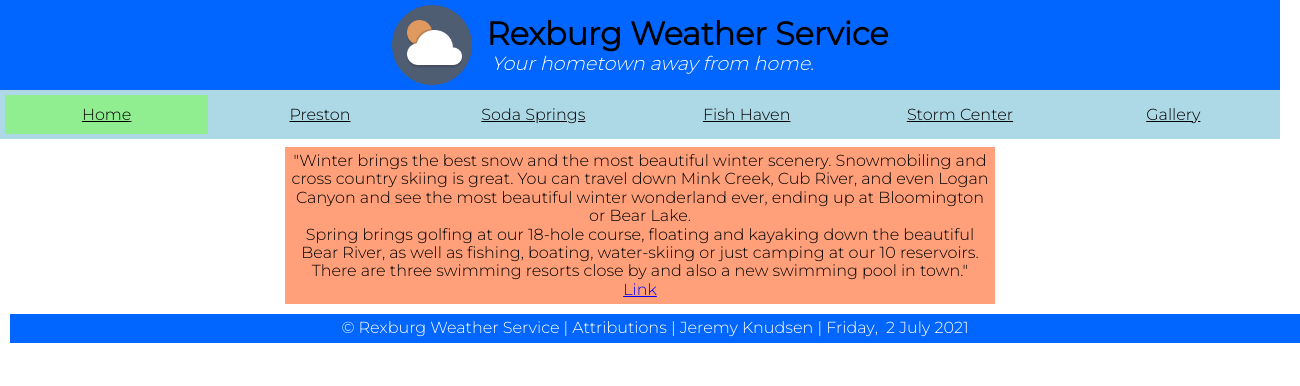
Repository: jknudsen97/jknudsen97.github.io
Page: lesson11/index.html
These files come from the project's save history. The page is drawn as it stood at one moment and after the next save; the edit follows.
The browser window is 1280 px wide. The page is 1300 px wide, so the pictures cover 1300 px, including what lies to the right of the window. The pictures show the whole page.
The page's requests for data from a server got no answer.

Above is the page before, as saved 2021-07-03 22:43:30.
Console error: TypeError: Cannot read properties of null (reading 'style')

### lesson11/index.html
<!DOCTYPE html>
<html lang="en">
<head>
    <meta charset="UTF-8">
    <meta http-equiv="X-UA-Compatible" content="IE=edge">
    <meta name="viewport" content="width=device-width, initial-scale=1.0">
    <title>Home Page</title>
    <meta name="description" content="This will be storm center page"/>
    <link rel="preconnect" href="https://fonts.gstatic.com">
    <link href="https://fonts.googleapis.com/css2?family=Montserrat:wght@100;300&display=swap" rel="stylesheet">
    <link rel="preconnect" href="https://fonts.gstatic.com">
    <link href="https://fonts.googleapis.com/css2?family=Nunito:wght@300&display=swap" rel="stylesheet">
    <link rel="stylesheet" href="https://cdnjs.cloudflare.com/ajax/libs/normalize/8.0.1/normalize.min.css">
    <link rel="stylesheet" href="css/main.css"/>
    <link rel="stylesheet" href="css/medium.css"/>
    <link rel="stylesheet" href="css/large.css"/>
</head>
<body>
    <header>
            <img src="images/logo.png" alt="Preston logo" href="index.html">
        <section class="headings">
            <h1>Rexburg Weather Service</h1>
            <div class="motto">Your hometown away from home.</div>
        </section>
    </header>

    <div class="nav">
        <div class="hamburger">
            <span class="bar"></span>
            <span class="bar"></span>
            <span class="bar"></span>
        </div>
        <ul class="menu">
            <li><a href="index.html" class="current">Home</a></li>
            <li><a href="preston.html" class="link">Preston</a></li>
            <li><a href="sodasprings.html" class="link">Soda Springs</a></li>
            <li><a href="fishhaven.html" class="link">Fish Haven</a></li>
            <li><a href="stormcenter.html" class="link">Storm Center</a></li>
            <li><a href="gallery.html" class="link">Gallery</a></li>
        </ul>
    </div>
    <main>
        <div id="places">

        </div>
        <div class="extra">
            <div>
                "Winter brings the best snow and the most beautiful winter scenery.
                Snowmobiling and cross country skiing is great.
                You can travel down Mink Creek, Cub River,
                and even Logan Canyon and see the most beautiful winter wonderland ever,
                ending up at Bloomington or Bear Lake.
            </div>
            <div>
                Spring brings golfing at our 18-hole course,
                floating and kayaking down the beautiful Bear River,
                as well as fishing,
                boating, water-skiing or just camping at our 10 reservoirs.
                There are three swimming resorts close by and also a new
                swimming pool in town."
            </div>
            <a href="https://www.prestonidaho.net/discover-the-natural-beauty-resorces-of-citys-outdoors/">Link</a>
        </div>
    </main>
    <footer>
        <div>&copy; Rexburg Weather Service | Attributions | Jeremy Knudsen |&nbsp;</div>
        <div class="current2">
            <span id="currentDayofWeek"></span>, &nbsp;
            <span id="currentDay"></span> &nbsp; <span id="currentMonth"></span> &nbsp;
            <span id="currentYear"></span>
        </div>
    </footer>
    <script defer src="js/script.js"></script>
</body>
</html>

### lesson11/css/main.css
/*Heading & Navbar*/
header {
    background-color: #0066ff;
    padding: 5px;
    display: flex;
    align-items: center;
    justify-content: center;
}

header img{
    width: 50px;
    height: auto;
}

body{
    font-family: 'Montserrat', sans-serif;
}

main{
    text-align: center;
}

p{
    justify-content: center;
    background-color: beige;
    padding: 25px;
    margin: 20px;
}

.headings {
    display: flex;
    flex-direction: column;
}

.headings h1{
    font-size: 2em;
    margin: 0 0 0 15px;
}

.motto{
    font-style: italic;
    color: white;
    margin-left: 20px;
    font-size: 1.2rem;
}

.nav{
    overflow: hidden;
    background-color: lightblue;
    position: relative;
}

.menu{
    overflow: hidden;
    display: none;
}

.menu li{
    list-style: none;
    text-decoration: none;
    flex: 1;
    text-align: center;
    justify-content: center;
    box-sizing: border-box;
    line-height: 1.5rem;
}

.menu a{
    color: black;
    justify-content: space-between;
    text-align: center;
    list-style-type: none;
    flex-direction: row;
    align-items: center;
    display: block;
}

.active{
    display: block;
    padding: 0px;
}

a.link, a.current{
    padding: 7.5px;
}

.nav a.icon{
    background: black;
    display: block;
    position: absolute;
    right: 0;
    top: 0;
}

.hamburger{
    display: none;
}

.bar{
    display: block;
    width: 25px;
    height: 3px;
    margin: 5px auto;
    -webkit-transition: all 0.3s ease-in-out;
    transition: all 0.3s ease-in-out;
    background-color: black;
}

footer {
    margin: 10px;
    color: white;
    background-color: #0066ff;
    padding: 5px;
    display: flex;
    align-items: center;
    justify-content: center;
    flex-direction: column;
}

.hamburger{
    display: block;
    cursor: pointer;
}

.hamburger.active .bar:nth-child(2) {
    opacity: 0;
}

.hamburger.active .bar:nth-child(1) {
    transform: translateY(8px) rotate(45deg);
}

.hamburger.active .bar:nth-child(3) {
    transform: translateY(-8px) rotate(-45deg);
}

.header img{
    width: 120px;
    height: auto;
}

/*Lesson05*/

.stock1{
    display: block;
    align-items: center;
    margin-left: auto;
    margin-right: auto;
    max-width: 95%;
    height: auto;
    position: relative;
}

.stock2{
    box-shadow: 10px 10px lightgray;
    margin: 10px;
    float: right;
    width: 100px;
    height: 100px;
}

.fillertext{
    padding: 15px;
    margin: 10px;
    text-align: justify;
}

.background{
    justify-content: center;
    display: block;
    background-color: bisque;
    padding: 10px;
    margin: 10px;
}

.weather{
    display: none;
}

.contact-info{
    margin: 5px;
    padding: 5px;
    display: flex;
    flex-direction: column;
}

.map{
    display: none;
}

ul{
    padding: 0;
    margin: 0;
    list-style-type: none;
}

li{
    margin: 5px;
}

div.summary{
    top: 240px;
    right: 50px;
    background: radial-gradient(#eee, red);
    border: 1px solid #000;
    padding: 0.15rem;
    box-shadow: 0 0 30px #333;
    opacity: .9;
    margin: 5px;
}

.s-color{
    color: white;
}

.banner{
    text-align: center;
    background-color: lightsalmon;
    margin-left: auto;
    margin-right: auto;
}

td{
    padding-right: 20px;
    padding-left: 20px;
}

tr{
    padding: 5px;
    clear: both;
    overflow: hidden;
    white-space: nowrap;
}

.sum-titles{
    display: grid;
    grid-template-columns: 1fr 1fr;
}

/*Lesson07*/
img[data-src]{
    filter: blur(0.25em);
}

div.gallery{
    border: 1px solid black;
    padding: 10px;
    margin-top: 5px;
    margin-bottom: 5px;
    margin-left: 5px;
    margin-right: 5px;
    filter: blur(0em);
    transition: filter 0.5s;
}

.desc{
    display: none;
}

div.gallery img{
    width: 100%;
    height: auto;
}

div.desc{
    padding: 10px;
    text-align: center;
}

div.overall-gallery{
    display: grid;
    grid-template-columns: 1fr;
}

/*Lesson08*/
form{
    background-color: bisque;
    margin-left: auto;
    margin-right: auto;
}

input{
    padding: 10px;
    margin: 10px;
}

/*Lesson09*/
article img{
    max-width: 200px;
    height: auto;
    padding: 2px;
    margin: 10px;
    border-style: solid;
}

article {
    max-width: 700px;
    margin: .5rem auto;
    background-color: lightblue;
    justify-content: center;
    display: grid;
      grid-template-columns: 1fr;
  }

  .extra{
      background-color: lightsalmon;
      padding: 5px;
      max-width: 700px;
      margin: .5rem auto;
  }

  #events{
      padding: 5px;
      margin: auto auto;
      text-align: center;
      max-width: 200px;
  }

### lesson11/css/medium.css
@media only screen and (min-width: 32.5em){
    .menu{
        display: flex;
    }

    header img{
        width: 80px;
        height: auto;
    }

    .headings h1{
        font-size: 2rem;
    }

    .hamburger{
        display: none;
    }

    footer{
        margin: 10px;
        flex-direction: row;
        width: 100%;
    }

    /*Lesson05*/

    .stock1{
        width: 50%;
        height: 10%;
    }

    .weather{
        display: contents;
    }

    .table{
        border-collapse: collapse;
        margin-left: auto;
        margin-right: auto;
    }

    th, td{
        border: 1px black;
    }

    .sunny{
        width: 50px;
        height: 50px;
    }

    .rainy{
        width: 50px;
        height: 50px;
    }

    .current2{
        display: flex;
        flex-direction: row;
    }

    .map{
        display: contents;
    }

    .map2{
        position: static;
        width: 150px;
        height: 150px;
        margin: 10px;
        border-style: solid;
        border-color: black;
    }

    .summary{
        top: 275px;
        right: 50px;
        position: absolute;
    }

    .sum-titles{
        position: static;
        border-collapse: collapse;
        margin-left: auto;
        margin-right: auto;
        height: auto;
    }

    /*Lesson07*/
    .desc{
        display: none;
    }

    div.overall-gallery{
        grid-template-columns: 1fr 1fr;
    }

    picture{
        grid-template-columns: 1fr 1fr;
    }

    /*Lesson08*/
    .nav a:active{
        background-color: white;
    }

    .nav a:hover{
        background-color: green;
        color: white;
    }

    .current {
        background:lightgreen;
      }

    /*Lesson 09*/
    article {
        margin-left: auto;
        margin-right: auto;
        text-align: center;
        display: grid;
          grid-template-columns: 1fr 1fr;
      }

      article:nth-child(odd) img {
          grid-column: 2;
      }

      article:nth-child(odd) .data {
          grid-column: 1;
          grid-row: 1;
      }
}

### lesson11/css/large.css
@media only screen and (min-width: 60em){
    .menu{
        display: flex;
        top: 5rem;
        border-radius: 10px;
        justify-content: space-between;
        width: 100%;
        transition: 0.3s;
    }

    .stock1{
        width: 90%;
    }

    /*Lesson07*/
    div.gallery:hover{
        box-shadow: 0 0 30px #333;
    }

    .desc{
        display: contents;
    }

    div.overall-gallery{
        grid-template-columns: 1fr 1fr 1fr;
    }

    /*Lesson09*/
    article {
        display: grid;
        grid-template-columns: 1fr;
      }
}

### lesson11/js/script.js
const hamburger = document.querySelector(".hamburger");
const menu = document.querySelector(".menu");
hamburger.addEventListener("click", mobileMenu);

function mobileMenu() {
    hamburger.classList.toggle("active");
    menu.classList.toggle("active");
}

const link = document.querySelectorAll(".link");
link.forEach(n => n.addEventListener("click", closeMenu));

function closeMenu(){
    hamburger.classList.remove("active");
    menu.classList.remove("active");
}

var d = new Date();
var weekday = new Array(7);
weekday[0] = "Sunday";
weekday[1] = "Monday";
weekday[2] = "Tuesday";
weekday[3] = "Wednesday";
weekday[4] = "Thursday";
weekday[5] = "Friday";
weekday[6] = "Saturday";

var n = weekday[d.getDay()];
document.querySelector("#currentDayofWeek").innerHTML = n;

var n = d.getDate();
document.querySelector("#currentDay").innerHTML = n;

var month = new Array();
month[0] = "January";
month[1] = "February";
month[2] = "March";
month[3] = "April";
month[4] = "May";
month[5] = "June";
month[6] = "July";
month[7] = "August";
month[8] = "September";
month[9] = "October";
month[10] = "November";
month[11] = "December";

var n = month[d.getMonth()];
document.querySelector("#currentMonth").innerHTML = n;

var n = d.getFullYear();
document.querySelector("#currentYear").innerHTML = n;

//Gallery
const imagesToLoad = document.querySelectorAll('img[data-src]');

const loadImages = (image) => {
    image.setAttribute('src', image.getAttribute('data-src'));
    image.onload = () => {
        image.removeAttribute('data-src');
    };
};

const imgOptions = {
    rootMargin: '0px 0px 50px 0px',
    threshold: 1
};

if ('IntersectionObserver' in window) {
    const imgObserver = new IntersectionObserver(items => {
        items.forEach(item => {
            if (item.isIntersecting) {
                loadImages(item.target);
                imgObserver.unobserve(item.target);
            }
        });
    }, imgOptions);

    imagesToLoad.forEach((img) => {
        imgObserver.observe(img);
    });
} else {
    imagesToLoad.forEach(img => {
        loadImages(img);
    });
}

//Last visited in days.
window.onload = function() {
    function betweenVisits(first, second) {
        const day = 1000 * 60 * 60 * 24;
        const diffTime = first - second;
        const diffDays = Math.round(diffTime / day);
        return diffDays;
    }
    if (typeof(Storage) != "undefined") {
        let newDate = new Date();
        currentVisit = newDate.getTime();

        if (typeof localStorage.getItem("visited") == typeof "string") {
            document.querySelector("#visited").innerText = betweenVisits(currentVisit, localStorage.getItem("visited"));
            let previousVisit = currentVisit;
            localStorage.setItem("visited", previousVisit);
        }
        else {
            let previousVisit = currentVisit;
            localStorage.setItem("visited", previousVisit);
        }
    }
}

//Severity Slider
function adjustSeverity(severity) {
  document.getElementById("severityvalue").innerHTML = severity;
}

//JSON
const requestURL = 'https://byui-cit230.github.io/weather/data/towndata.json';

fetch(requestURL)
  .then(function (response) {
    return response.json();
  })

  .then(function (jsonObject) {
    const towns = jsonObject["towns"];
    const idaho = towns.filter(
      towns => towns.name == "Preston" || towns.name == "Soda Springs" || towns.name == "Fish Haven");

      idaho.forEach((towns) => {
        let card = document.createElement("article");
        let insidecard = document.createElement('section');
        let name = document.createElement("h1");
        let motto = document.createElement("h2");
        let yearfounded = document.createElement("p");
        let population = document.createElement("p");
        let rainfall = document.createElement("p");
        let image = document.createElement("img");
        let text = document.createElement("div");

        name.textContent = `${towns.name}`;
        motto.textContent = `${towns.motto}`;
        yearfounded.textContent = `Founded: ${towns.yearFounded}`;
        population.textContent = `Population: ${towns.currentPopulation}`;
        rainfall.textContent = `Annual Rainfall: ${towns.averageRainfall}in`;
        image.setAttribute('src', `images/${towns.photo}`);
        image.setAttribute('alt', `${towns.name} img`);

        insidecard.appendChild(name);
        insidecard.appendChild(motto);
        insidecard.appendChild(yearfounded);
        insidecard.appendChild(population);
        insidecard.appendChild(rainfall);
        insidecard.appendChild(text);
        card.appendChild(image);
        card.appendChild(insidecard);

        document.querySelector("#places").appendChild(card);
      })
    }
  )

let thedate = new Date();
const friday = thedate.getDay();
const banner = document.querySelector('.banner');

if (thedate.getDay() == 5)
{
  document.querySelector('.banner').style.display = 'block';
}
else
{
  banner.style.display = "none";
}

After the next save:
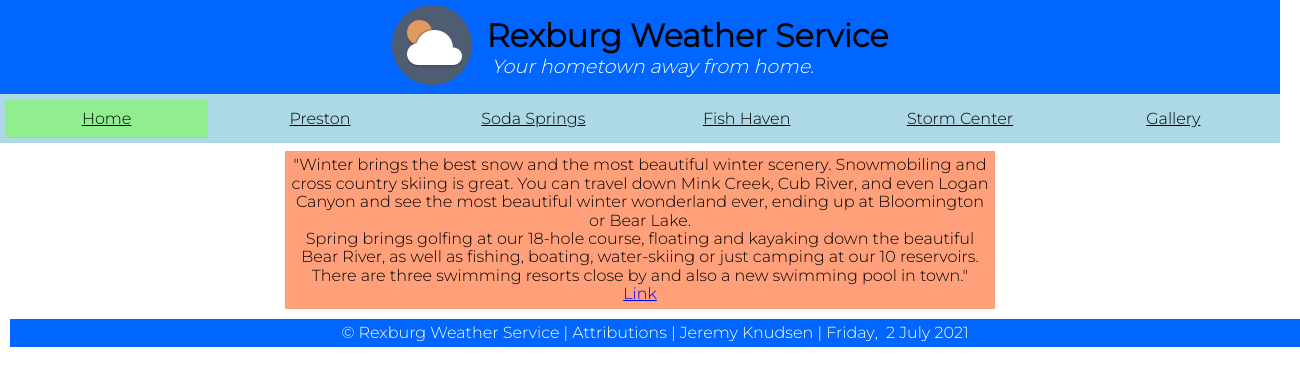
Saved 2 min 44 s later.
--- a/lesson11/index.html
+++ b/lesson11/index.html
@@ -17,7 +17,7 @@
 </head>
 <body>
     <header>
-            <img src="images/logo.png" alt="Preston logo" href="index.html">
+            <a href="index.html"><img src="images/logo.png" alt="Preston logo"></a>
         <section class="headings">
             <h1>Rexburg Weather Service</h1>
             <div class="motto">Your hometown away from home.</div>
